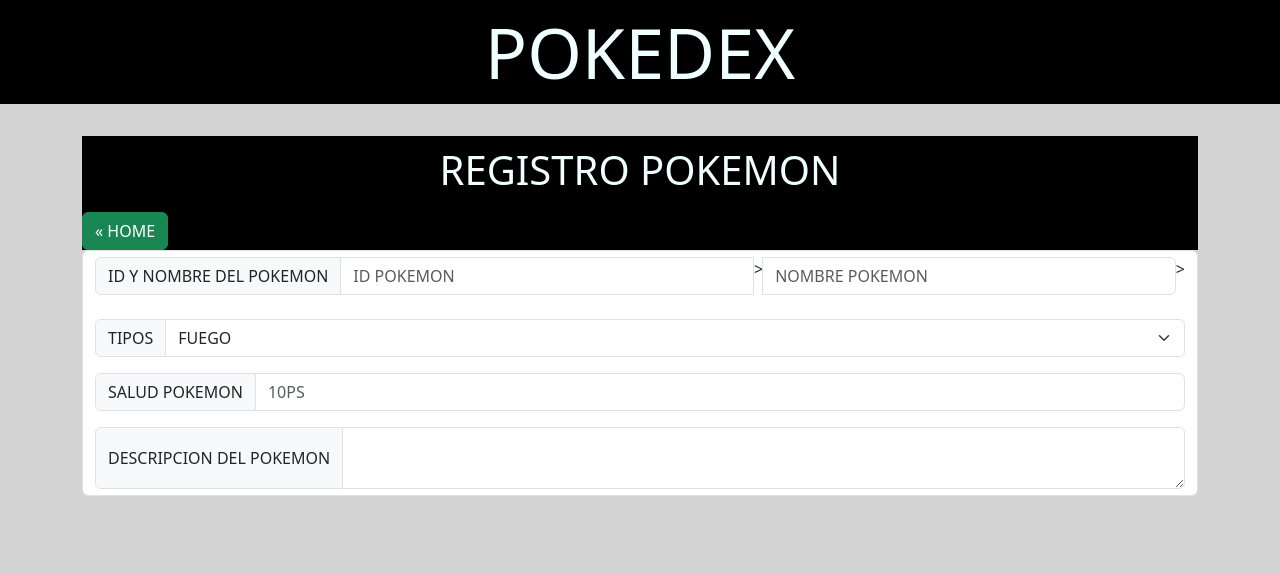
Repository: Edi521/Paginas-web-con-thymeleaf
Page: http://localhost/registro
The author's editor kept a copy of each file at every save. The page is drawn from the files as they stood at one save, then again after the next save.
The browser window is 1280 px wide. The pictures show the whole page.
The page is this project's Thymeleaf template; nobody is signed in. The template is opened directly, without the code that normally fills it, so the values that code supplies are empty.

Above is the page before, as saved 2024-11-27 00:26:17.

### Pokedex/src/main/resources/templates/registro.html
<!DOCTYPE html>
<html lang="en">
<head>
    <meta charset="UTF-8">
    <meta name="viewport" content="width=device-width, initial-scale=1.0">
	<link href="https://cdn.jsdelivr.net/npm/bootstrap@5.3.3/dist/css/bootstrap.min.css" rel="stylesheet"
	 integrity="sha384-QWTKZyjpPEjISv5WaRU9OFeRpok6YctnYmDr5pNlyT2bRjXh0JMhjY6hW+ALEwIH" crossorigin="anonymous">
    <title>Pokedex</title>
</head>
<body style="background-color: lightgray;">

	<div style="background-color: black;">
		<h1 style="text-align: center; color: azure; font-size: 70px; padding: 10px;">POKEDEX</h1>
		<div style="text-align: center;">
		</div>
	</div>
	<br>
	<div class="container">

		<div  class="card-header" style="background-color: black;">
			<h2 style="text-align: center; color: azure; font-size: 40px; padding: 10px;">REGISTRO POKEMON</h2>
			<a type="button" class="btn btn-success" th:href="@{/}">  « HOME</a>
		</div>
		<div class="card-body">
			<div class="form-control">
				<form>

					<div class="input-group">
					  <span class="input-group-text">ID Y NOMBRE DEL POKEMON</span>
					  <input type="number" name="id" min="1" placeholder="ID POKEMON" class="form-control" required>>
					  <input type="text" name="nombre" placeholder="NOMBRE POKEMON"  class="form-control" required>>
					</div>

					<br>
					<div class="input-group mb-3">
					  <label class="input-group-text" for="inputGroupSelect01">TIPOS</label>
					  <select class="form-select" id="inputGroupSelect01" name="tipo" required>
					    <option value="FUEGO">FUEGO</option>
					    <option value="AGUA">AGUA</option>
					    <option value="ELECTRICO">ELECTRICO</option>
					    <option value="BICHO">BICHO</option>
					  </select>
					</div>

					<div class="input-group mb-3">
					  <span class="input-group-text" id="basic-addon1">SALUD POKEMON</span>
					  <input type="number" class="form-control" placeholder="10PS" name="salud" required>
					</div>

					<div class="input-group">
					  <span class="input-group-text">DESCRIPCION DEL POKEMON</span>
					  <textarea class="form-control" name="descripcion" required></textarea>
					</div>

				</form>
			</div>

		</div>


	</div>



</body>
</html>

After the next save:
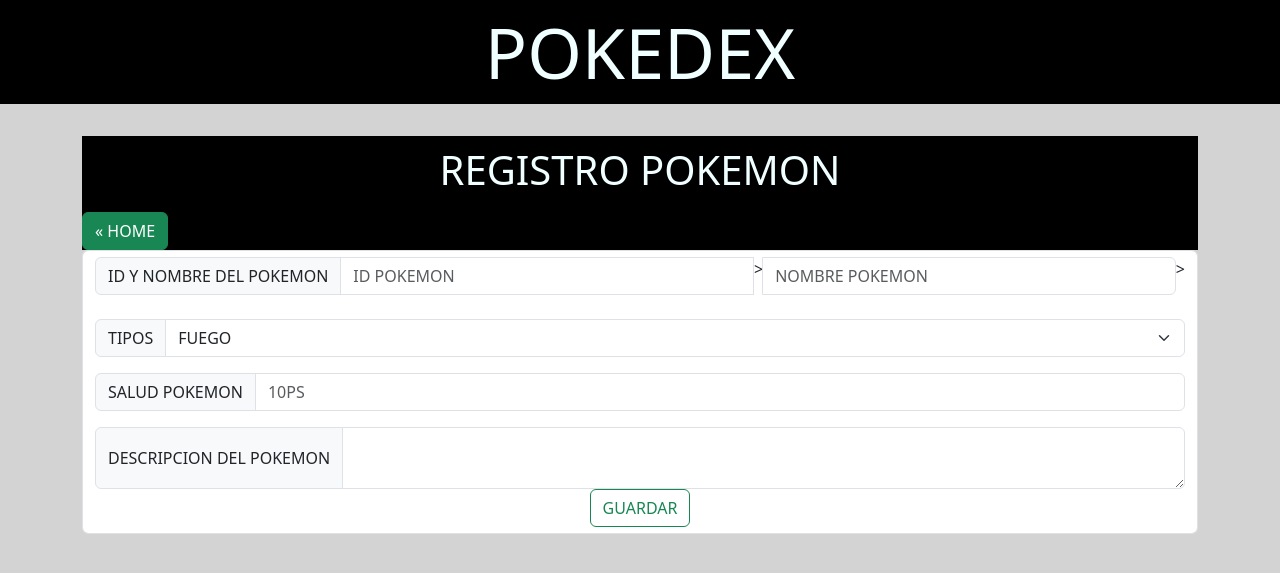
Saved 46 s later.
--- a/Pokedex/src/main/resources/templates/registro.html
+++ b/Pokedex/src/main/resources/templates/registro.html
@@ -52,6 +52,10 @@
 					  <textarea class="form-control" name="descripcion" required></textarea>
 					</div>
 
+					<div style="text-align: center;">
+						<button class="btn btn-outline-success" type="submit" name="Guardar">GUARDAR</button>
+					</div>
+
 				</form>
 			</div>
 
